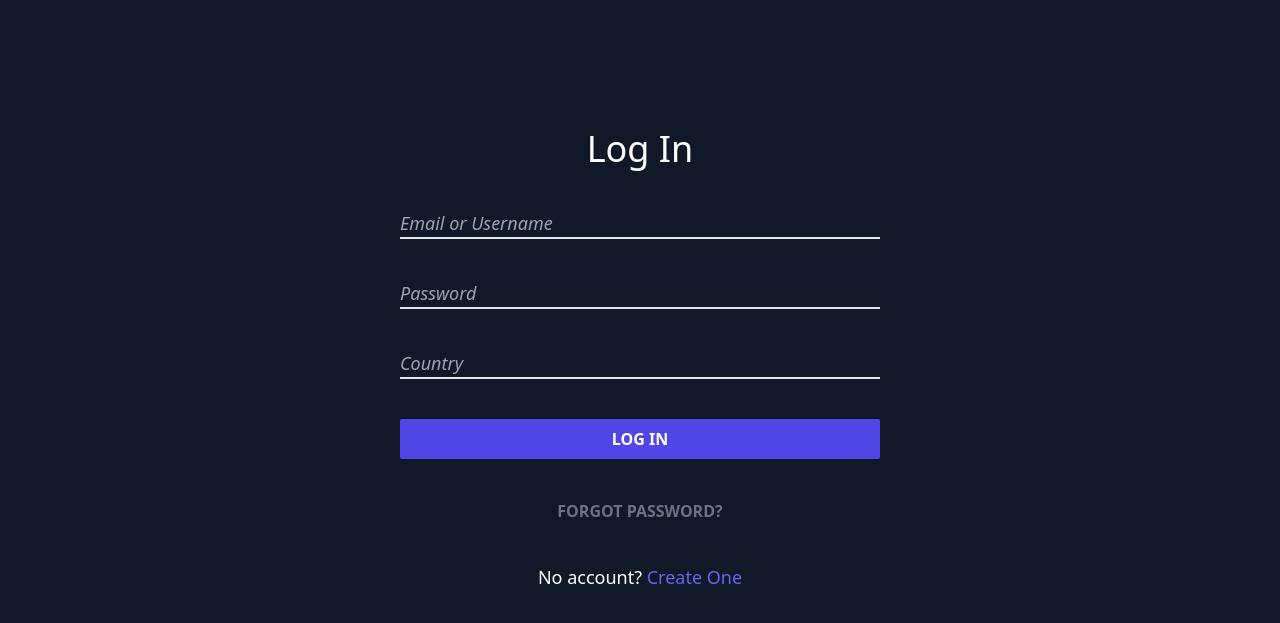
Repository: Marcos-MEDENOU/eclipse-workspace
Page: http://localhost/user_managment/ajout
These files come from the project's save history. The page is drawn as it stood at one moment and after the next save; the edit follows.
The browser window is 1280 px wide. The pictures show the whole page.
Some web libraries are served in a nearby version. The page is served by Tomcat 9. Other server files are loaded and not shown.

Above is the page before, as saved 2023-03-22 15:55:39.

### user_managment/src/main/webapp/WEB-INF/insertUser.jsp
<%@ page language="java" contentType="text/html; charset=ISO-8859-1"
    pageEncoding="ISO-8859-1"%>
<!DOCTYPE html>
<html>
<head>
<meta charset="ISO-8859-1">
<title>Insert title here</title>
</head>
<body>
<!-- page -->
<main
  class="mx-auto flex min-h-screen w-full items-center justify-center bg-gray-900 text-white"
>
  <!-- component -->
  <section class="flex w-[30rem] flex-col space-y-10">
    <div class="text-center text-4xl font-medium">Log In</div>

    <div
      class="w-full transform border-b-2 bg-transparent text-lg duration-300 focus-within:border-indigo-500"
    >
      <input
        type="text"
        placeholder="Email or Username"
        class="w-full border-none bg-transparent outline-none placeholder:italic focus:outline-none"
      />
    </div>

    <div
      class="w-full transform border-b-2 bg-transparent text-lg duration-300 focus-within:border-indigo-500"
    >
      <input
        type="password"
        placeholder="Password"
        class="w-full border-none bg-transparent outline-none placeholder:italic focus:outline-none"
      />
    </div>

 <div
      class="w-full transform border-b-2 bg-transparent text-lg duration-300 focus-within:border-indigo-500"
    >
      <input
        type="password"
        placeholder="Country"
        class="w-full border-none bg-transparent outline-none placeholder:italic focus:outline-none"
      />
    </div>
    <button
      class="transform rounded-sm bg-indigo-600 py-2 font-bold duration-300 hover:bg-indigo-400"
    >
      LOG IN
    </button>

    <a
      href="#"
      class="transform text-center font-semibold text-gray-500 duration-300 hover:text-gray-300"
      >FORGOT PASSWORD?</a
    >

    <p class="text-center text-lg">
      No account?
      <a
        href="#"
        class="font-medium text-indigo-500 underline-offset-4 hover:underline"
        >Create One</a
      >
    </p>
  </section>
  <script src="https://cdn.tailwindcss.com"></script>
</main>
</body>
</html>

### user_managment/src/main/java/bj/highfive/usermanagment/web/AddServlet.java
package bj.highfive.usermanagment.web;

import java.io.IOException;
import javax.servlet.ServletException;
import javax.servlet.http.HttpServlet;
import javax.servlet.http.HttpServletRequest;
import javax.servlet.http.HttpServletResponse;

/**
 * Servlet implementation class AddServlet
 */
public class AddServlet extends HttpServlet {
	private static final long serialVersionUID = 1L;

    /**
     * @see HttpServlet#HttpServlet()
     */
    public AddServlet() {
        super();
        // TODO Auto-generated constructor stub
    }

	/**
	 * @see HttpServlet#doGet(HttpServletRequest request, HttpServletResponse response)
	 */
	protected void doGet(HttpServletRequest request, HttpServletResponse response) throws ServletException, IOException {
		// TODO Auto-generated method stub
		request.getServletContext().getRequestDispatcher("/WEB-INF/insertUser.jsp").forward(request, response);
	}

	/**
	 * @see HttpServlet#doPost(HttpServletRequest request, HttpServletResponse response)
	 */
	protected void doPost(HttpServletRequest request, HttpServletResponse response) throws ServletException, IOException {
		// TODO Auto-generated method stub
		doGet(request, response);
	}

}

After the next save:
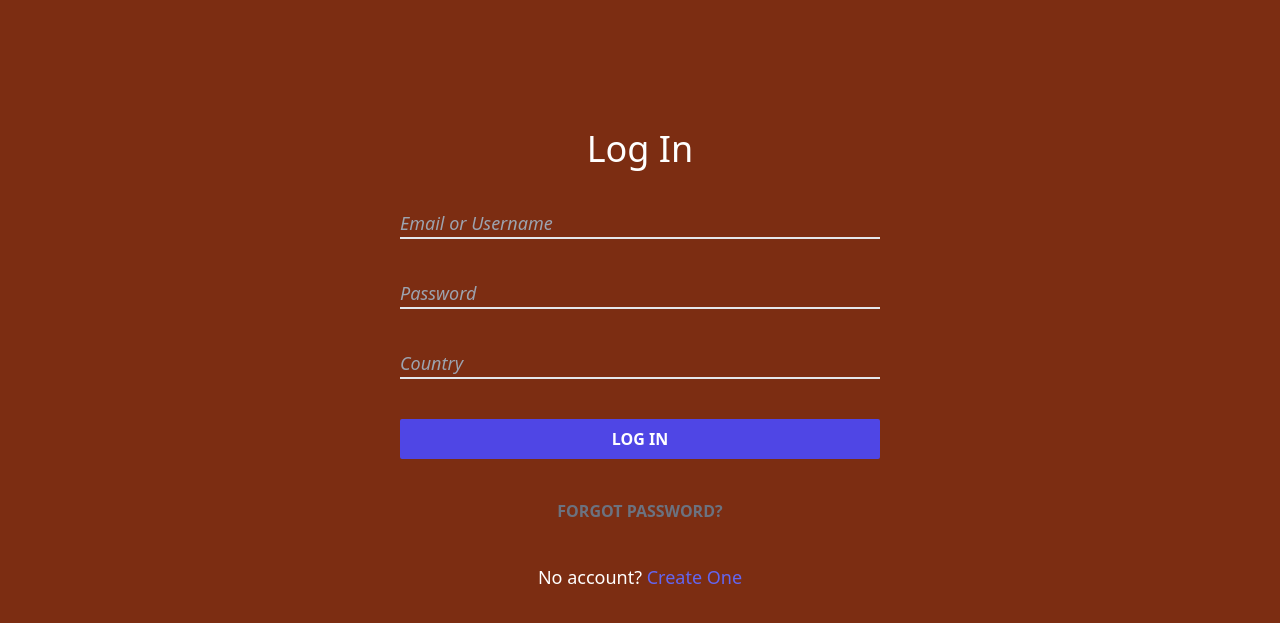
Saved 2 min 51 s later.
--- a/user_managment/src/main/webapp/WEB-INF/insertUser.jsp
+++ b/user_managment/src/main/webapp/WEB-INF/insertUser.jsp
@@ -9,7 +9,7 @@
 <body>
 <!-- page -->
 <main
-  class="mx-auto flex min-h-screen w-full items-center justify-center bg-gray-900 text-white"
+  class="mx-auto flex min-h-screen w-full items-center justify-center bg-orange-900 text-white"
 >
   <!-- component -->
   <section class="flex w-[30rem] flex-col space-y-10">

After the save that followed:
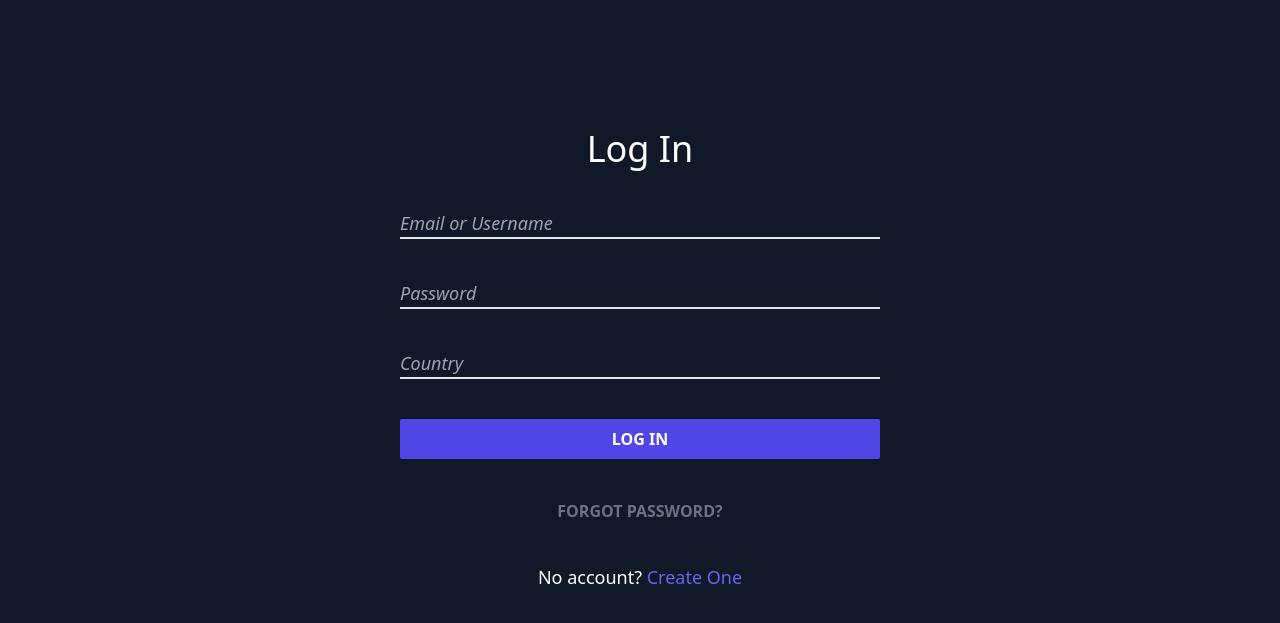
Saved 4 min 54 s later.
--- a/user_managment/src/main/webapp/WEB-INF/insertUser.jsp
+++ b/user_managment/src/main/webapp/WEB-INF/insertUser.jsp
@@ -9,7 +9,7 @@
 <body>
 <!-- page -->
 <main
-  class="mx-auto flex min-h-screen w-full items-center justify-center bg-orange-900 text-white"
+  class="mx-auto flex min-h-screen w-full items-center justify-center bg-gray-900 text-white"
 >
   <!-- component -->
   <section class="flex w-[30rem] flex-col space-y-10">
